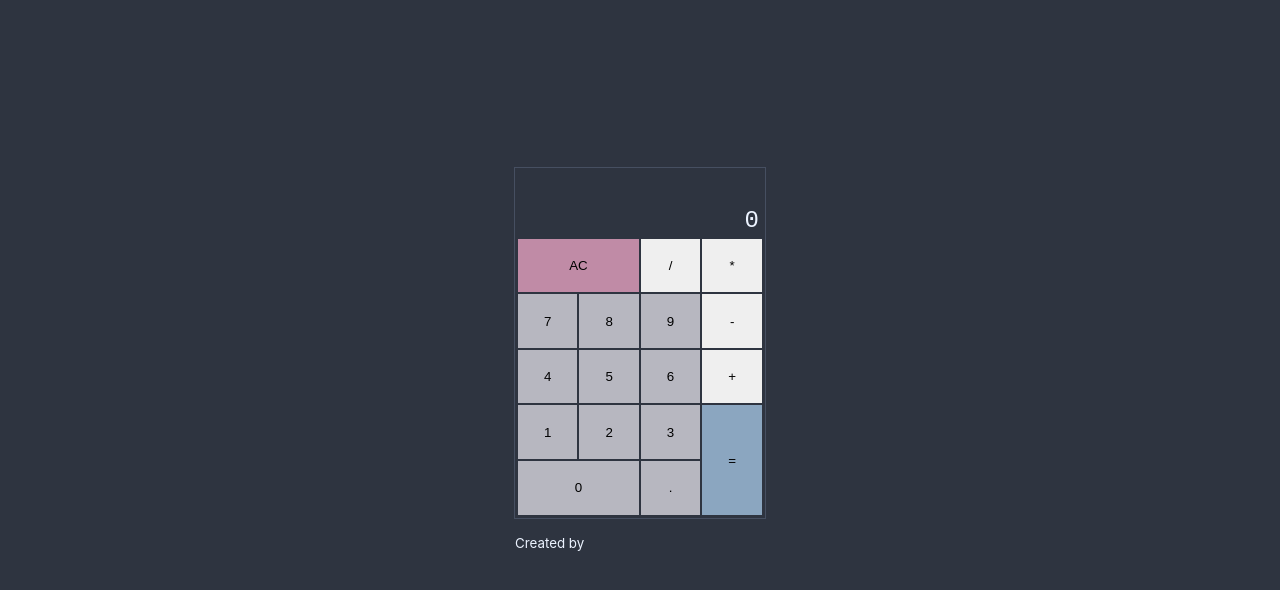
Repository: asing44/FCC
Page: / (app in Front-End-Projects/Calculator/)
An editor plug-in stored every save of this project. The page is shown before and after the next save, followed by the edit.
The browser window is 1280 px wide. The pictures show the whole page.
The pointer rests on the first visible `.btnAction--AC`.
The project was rebuilt for these pictures with package versions that can differ from the ones it lists, and the page was loaded fresh each time. Also part of the build but not shown: Front-End-Projects/Calculator/vite.config.js.

Above is the page before, as saved 2024-12-14 00:32:47.

After the next save:
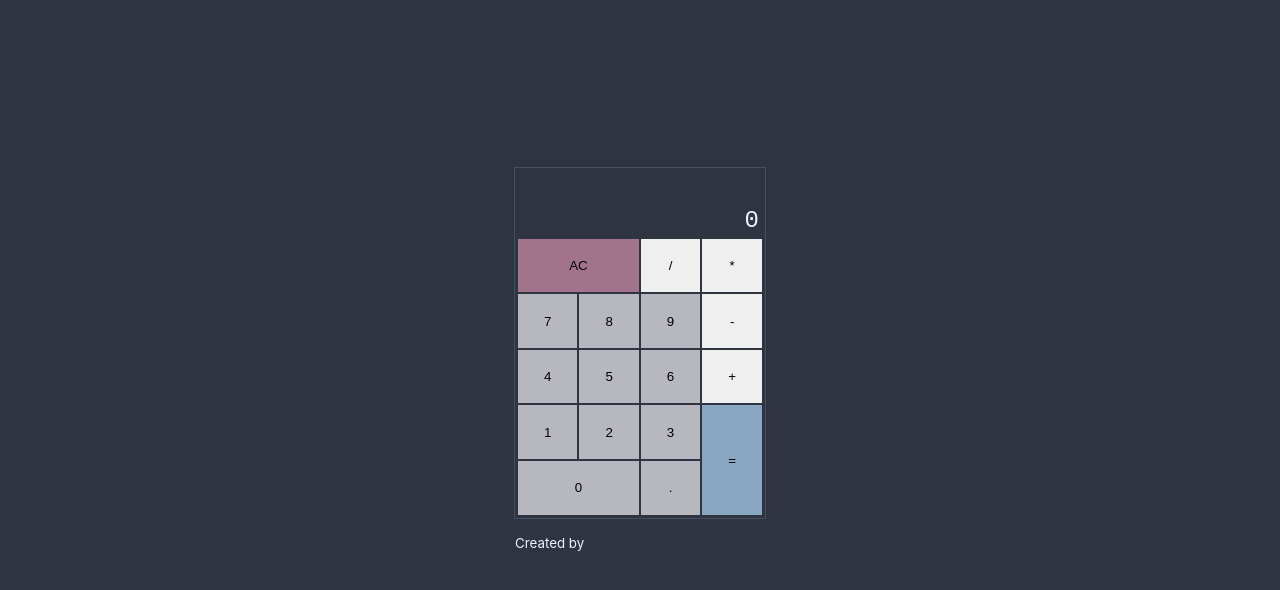
Saved 40 s later.
--- a/Front-End-Projects/Calculator/src/CalculatorMain.vue
+++ b/Front-End-Projects/Calculator/src/CalculatorMain.vue
@@ -170,10 +170,18 @@ button {
     background-color: #C08BA6;
 }
 
+.btnAction--AC:hover {
+    background-color: #a2748c;
+}
+
 .btnAction--enter {
     background-color: #8BA6C0;
 }
 
+.btnAction--enter:hover {
+    background-color: #7a92a9;
+}
+
 /* ---------------------------------- Areas --------------------------------- */
 
     .btnAction--AC {
